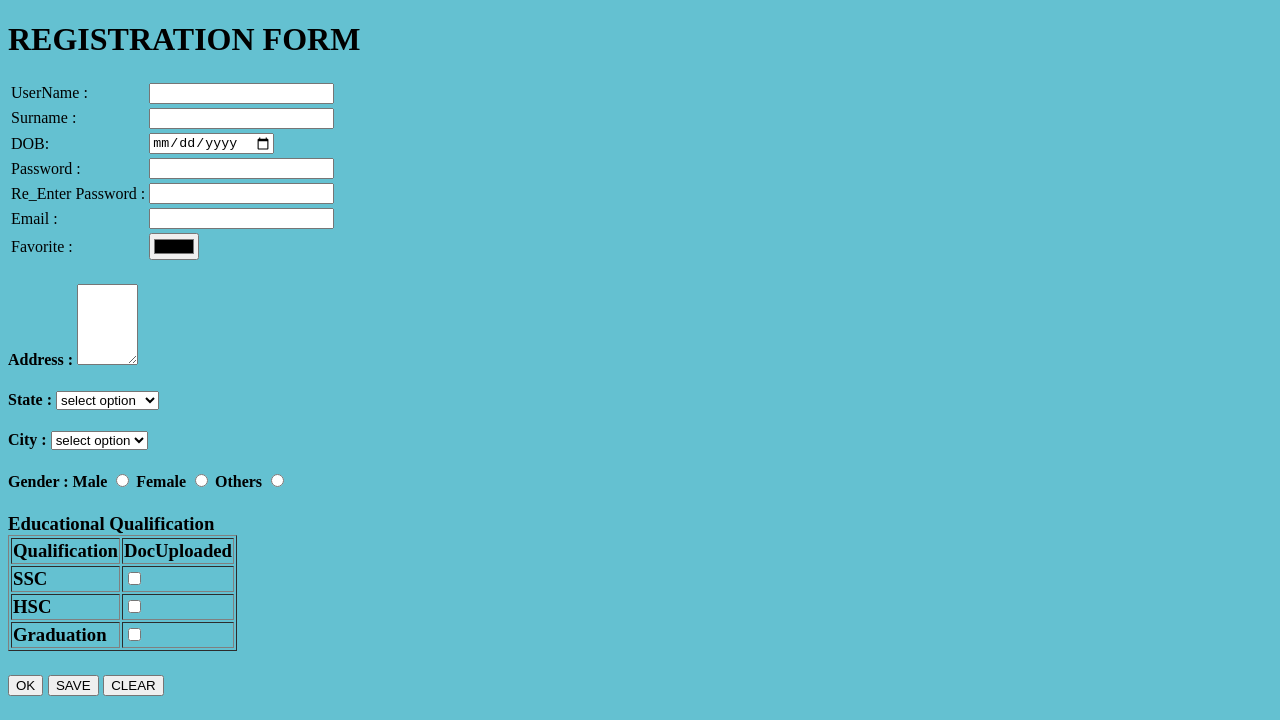
Repository: AJEET006/AdvanceJava-DSA
Page: ADVANCE_JAVA/HW_Example/WebContent/RegistrationForm.html
These files come from the project's save history. The page is drawn as it stood at one moment and after the next save; the edit follows.
The browser window is 1280 px wide. The pictures show the whole page.

Above is the page before, as saved 2022-06-21 18:57:55.

After the next save:
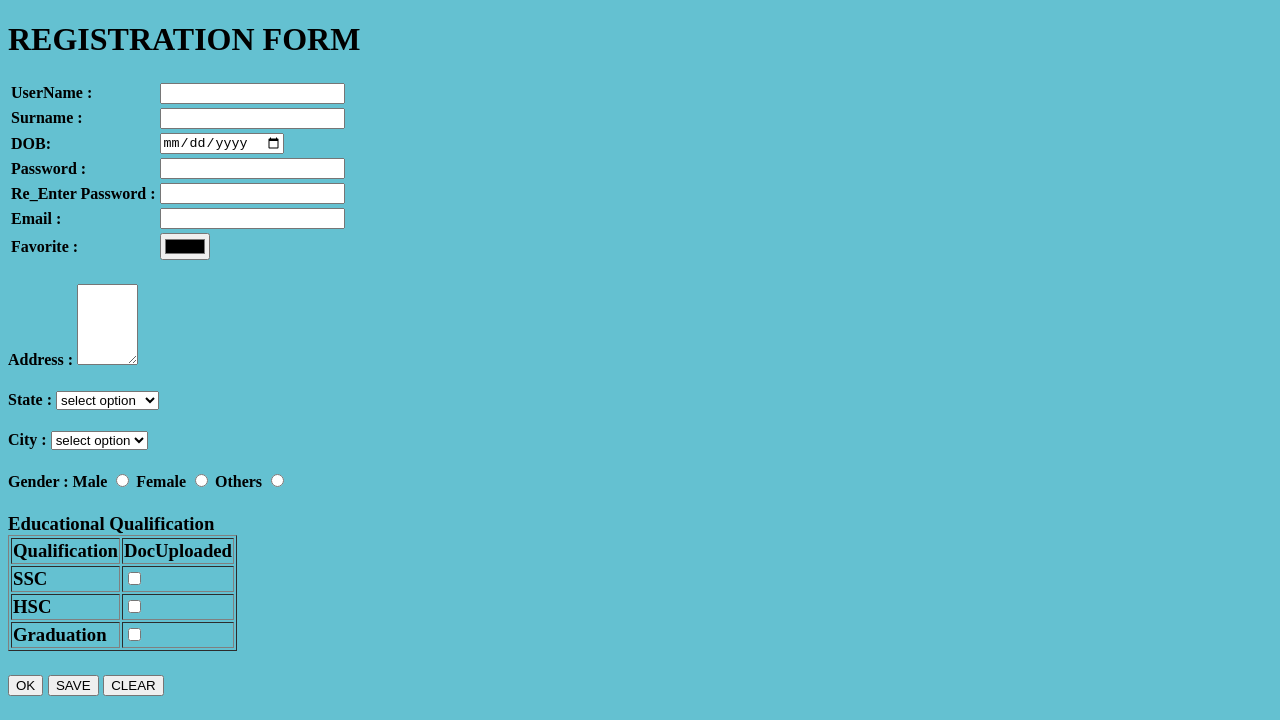
Saved 62 s later.
--- a/ADVANCE_JAVA/HW_Example/WebContent/RegistrationForm.html
+++ b/ADVANCE_JAVA/HW_Example/WebContent/RegistrationForm.html
@@ -11,6 +11,7 @@
 			<cborder-bottom-color:>REGISTRATION FORM</center>
 			</bg>
 		</h1>
+		<h4>
 		<table>
 			<tr>
 				<td>UserName :</td>
@@ -42,6 +43,7 @@
 				<td><input type="color" /></td>
 			</tr>
 		</table>
+		</h4>
 		<h4>
 			Address :
 			<textarea rows="5" cols="5"></textarea>
